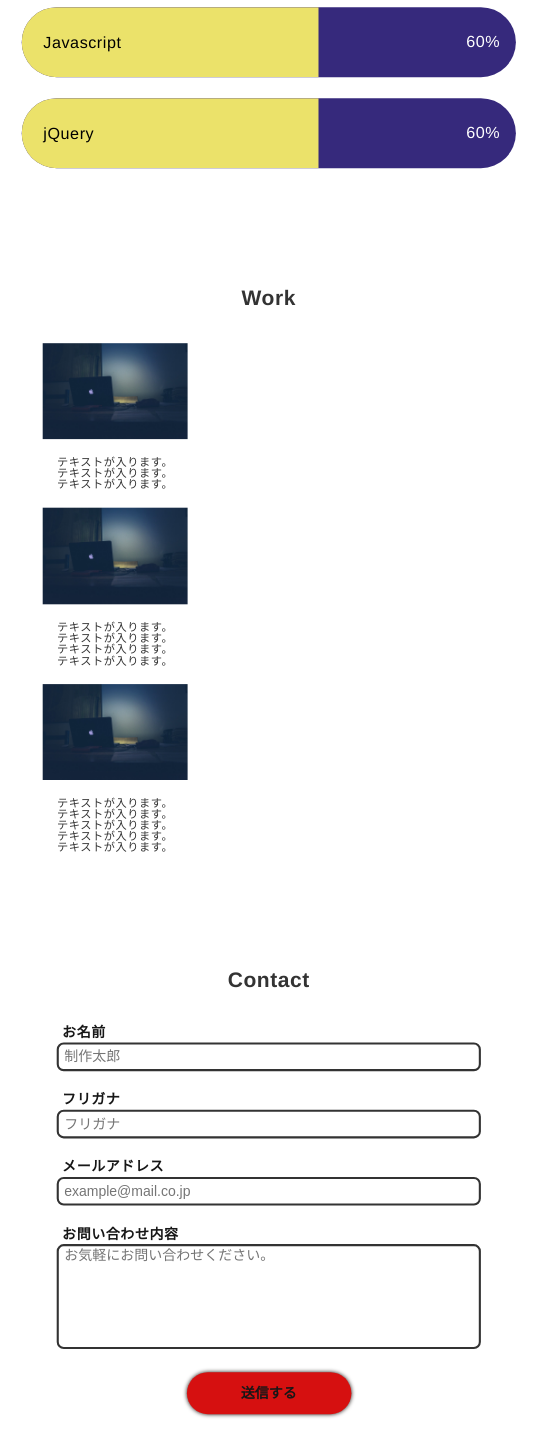
Repository: sadayuki15/portfolio
Page: index.html
These files come from the project's save history. The page is drawn as it stood at one moment and after a run of saves; the edit follows.
The browser window is 768 px wide. The pictures show the part of the page from y = 2575 to 4815 px (the page is 4636 px tall before and 4815 px after), at 70% of full size.

Above is the page before, as saved 2021-04-26 15:18:56.

After the next 2 saves:
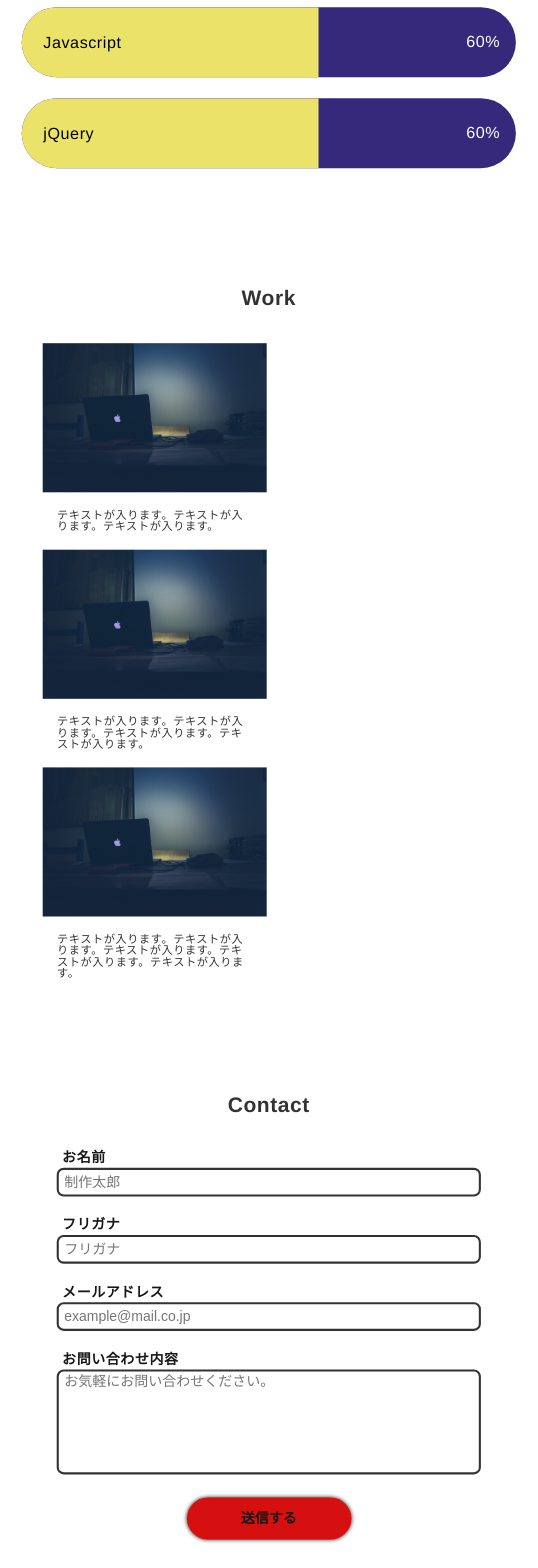
The 2 saves are shown as one change because they came seconds apart.
The last was saved 5 s later.
--- a/css/style.css
+++ b/css/style.css
@@ -427,7 +427,7 @@ body.noscroll {
   padding: 0 4vw;
 }
 .work-item {
-  w
-}
-
-}
+  width: 320px;
+}
+
+}
